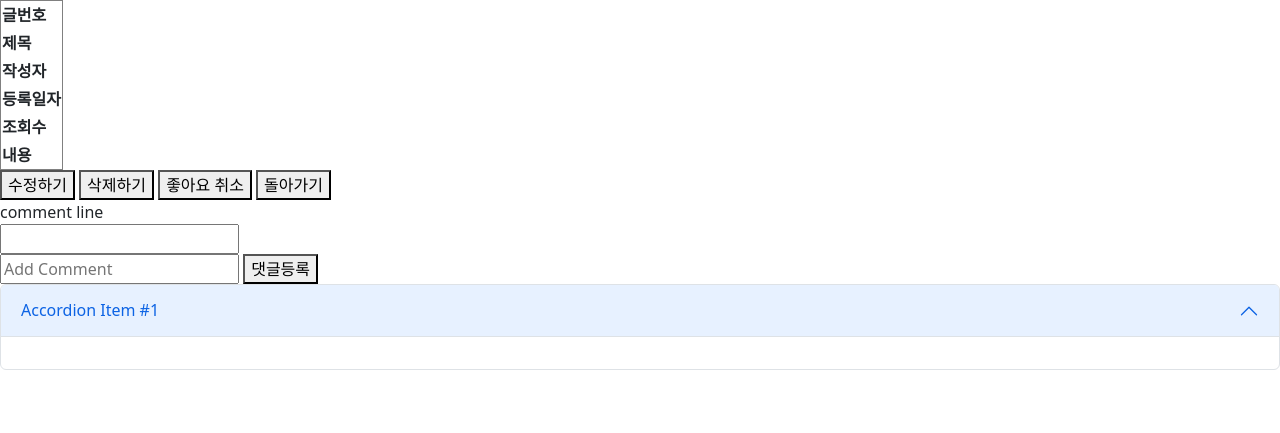
Repository: WoodongMaster/JSP_Workspace
Page: http://localhost/jsp_project/board/post.jsp
These files come from the project's save history. The page is drawn as it stood at one moment and after the next save; the edit follows.
The browser window is 1280 px wide. The pictures show the whole page.
The page is served by Tomcat 9. Other server files are loaded and not shown. The template is opened directly, without the code that normally fills it, so the values that code supplies are empty.

Above is the page before, as saved 2023-05-19 02:20:46.

### jsp_project3/jsp_project/src/main/webapp/board/post.jsp
<%@ page language="java" contentType="text/html; charset=UTF-8"
	pageEncoding="UTF-8"%>
<%@ taglib uri="http://java.sun.com/jsp/jstl/core" prefix="c"%>
<!-- CSS only -->
<link href="https://cdn.jsdelivr.net/npm/bootstrap@5.2.3/dist/css/bootstrap.min.css"
rel="stylesheet" integrity="sha384-rbsA2VBKQhggwzxH7pPCaAqO46MgnOM80zW1RWuH61DGLwZJEdK2Kadq2F9CUG65" c
rossorigin="anonymous">
<!-- JavaScript Bundle with Popper -->
<script src="https://cdn.jsdelivr.net/npm/bootstrap@5.2.3/dist/js/bootstrap.bundle.min.js"
integrity="sha384-kenU1KFdBIe4zVF0s0G1M5b4hcpxyD9F7jL+jjXkk+Q2h455rYXK/7HAuoJl+0I4"
crossorigin="anonymous"></script>
<!DOCTYPE html>
<html>
<head>
<meta charset="UTF-8">
<title>게시글 상세보기 페이지</title>
</head>
<body>

	<table border="1">
		<tr>
			<th>글번호</th>
		</tr>
		<tr align="center">
			<td>${post.bnum}</td>
		</tr>
		<tr>
			<th>제목</th>
		</tr>
		<tr align="center">
			<td>${post.title}</td>
		</tr>
		<tr>
			<th>작성자</th>
		</tr>
		<tr align="center">
			<td>${post.writer}</td>
		</tr>
		<tr>
			<th>등록일자</th>
		</tr>
		<tr align="center">
			<td>${post.write_date}</td>
		</tr>
		<tr>
			<th>조회수</th>
		</tr>
		<tr align="center">
			<td>${post.count}</td>
		</tr>
		<tr>
			<th>내용</th>
		</tr>
		<tr align="center">
			<td>${post.post}</td>
		</tr>
	</table>

	<c:if test="${post.writer eq sesID}">
		<a href="/brd/modify?bnum=${post.bnum}"><button>수정하기</button></a>
		<a href="/brd/remove?bnum=${post.bnum}"><button>삭제하기</button></a>
	</c:if>

	<c:choose>
		<c:when test="${not empty sesID}">
			<a href="/brd/like?bnum=${post.bnum}&value=true"><button>좋아요</button></a>
		</c:when>
		<c:otherwise>
			<a href="/brd/like?bnum=${post.bnum}&value=false"><button>좋아요 취소</button></a>
		</c:otherwise>
	</c:choose>

	<a href="/brd/list"><button>돌아가기</button></a>

	<div>
	comment line<br>
	<%-- 댓글 작성 라인 --%>
	<input type="text" id="cmtWriter" value="${ses.id}" readonly="readonly"><br>
	<input type="text" id="cmtText" placeholder = "Add Comment">
	<button type="button" id="cmtAddBtn">댓글등록</button>
	</div>

	<%-- 댓글 표시 라인 --%>
<div class="accordion" id="accordionExample">
  <div class="accordion-item">
    <h2 class="accordion-header" id="headingOne">
      <button class="accordion-button" type="button" data-bs-toggle="collapse" data-bs-target="#collapseOne" aria-expanded="true" aria-controls="collapseOne">
        Accordion Item #1
      </button>
    </h2>
    <div id="collapseOne" class="accordion-collapse collapse show" aria-labelledby="headingOne" data-bs-parent="#accordionExample">
      <div class="accordion-body">
      </div>
    </div>
  </div>
</div>

</body>
</html>

After the next save:
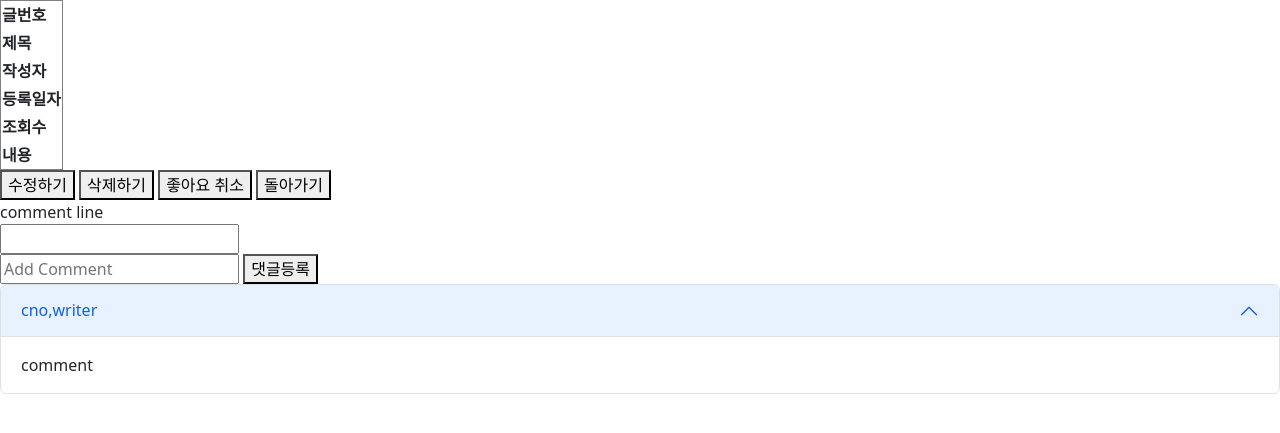
Saved 16 s later.
--- a/jsp_project3/jsp_project/src/main/webapp/board/post.jsp
+++ b/jsp_project3/jsp_project/src/main/webapp/board/post.jsp
@@ -85,11 +85,12 @@ crossorigin="anonymous"></script>
   <div class="accordion-item">
     <h2 class="accordion-header" id="headingOne">
       <button class="accordion-button" type="button" data-bs-toggle="collapse" data-bs-target="#collapseOne" aria-expanded="true" aria-controls="collapseOne">
-        Accordion Item #1
+        cno,writer
       </button>
     </h2>
     <div id="collapseOne" class="accordion-collapse collapse show" aria-labelledby="headingOne" data-bs-parent="#accordionExample">
       <div class="accordion-body">
+      comment
       </div>
     </div>
   </div>
